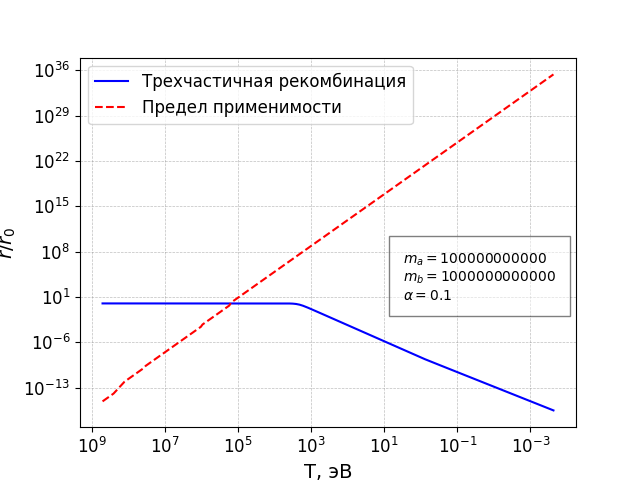
Repository: impermast/recombination
Script's output: python raschet/rec.py
The author's editor kept a copy of each file at every save. The script's output is drawn from the files as they stood at one save, then again after the next save.
Random numbers start from a fixed seed.

Above is the script's output before, as saved 2023-05-17 15:32:30.

### raschet/rec.py

from math import gamma as Gamma
import numpy as np
from numpy import sqrt as sqrt
import matplotlib.pyplot as plt
from matplotlib import colors,ticker
from scipy import integrate
import seaborn as sns
import pandas as pd


#LOGIC -- 1 download data, else generate new
logic = 10
err=10**(-2)
#consts
#E ~ eV
ma = 100*10**9 #ev
mb = 1*10**12 #ev
alpha = 1/10 #none

beta = 14/5
sigma = 8*np.pi*(alpha/ma)**2/3
r0 = 4.7*10**(-13) #r T_rec
T0 = 2.35*10**(-4) #our time
m_pl = 1.22*10**(19+9) #plank mass ev
h_md = 3.08*10**(-14)  #from artile
t_rm = 1.2             #time of rd md transition
t_mod = 4.4*10**(17+16)/(6.582) #
I = ma*alpha*alpha/2 #ev Ionisation potential
mu = ma*mb/(ma+mb)  #reduced weight
s0 = (4*np.pi)**(2/5) *np.pi* (alpha/mu)**2 #coef in kramers
kappa = 43/345
B = alpha*mu/2
Ta = 0.2*10**6*(ma/(100*10**9))**(3/2)*(1/(100*alpha))
Tny = Ta*kappa**(-1/3)/sqrt(np.pi)

def g_s(T):
    return 2+2*8*(T>200*10**6)+ 7/8*(2*2*(T>0.5/3*10**6))+ 2*2*(T>100/3*10**6) + 2*2*(T>2/3*10**9) + 2*1*3*(T>=10**6)+2*1*3*4/11*(T<10**6)+ 2*2*3*2*(T>200*10**6) + 2*2*3*(T>200*10**6) + 2*2*3*(T>1.8/3*10**9) + 2*2*3*(T>4.5/3*10**9)+ 7/8*2*2*3*(T>171/3*10**9)
def g_e(T):
    return 2+2*8*(T>200*10**6)+ 7/8*(2*2*(T>0.5/3*10**6))+ 2*2*(T>100/3*10**6) + 2*2*(T>2/3*10**9) + 2*1*3*(T>=10**6)+ 2*1*3*(4/11)**(4/3)*(T<10**6)+ 2*2*3*2*(T>200*10**6) + 2*2*3*(T>200*10**6) + 2*2*3*(T>1.8/3*10**9) + 2*2*3*(T>4.5/3*10**9)+ 7/8*2*2*3*(T>171/3*10**9)


def H(t):
    # Hubble const on RD and MD from temperature
    if t < t_rm:
        #MD
        return h_md/m_pl**(1/2)
    else:
        return 5.5*np.sqrt(g_e(t_rm)/11)/m_pl


def lim_3b(x):
    """
    Function that calculs limit on 3body recombination density

    x(list):    Temperature of O-fotons

    return list of density of unrecombined particles
    """
    r_pit = (Ta**2/(x**4)) / ((4*np.pi*alpha)**3 *r0*(2*np.pi**2*g_s(x)/45)*sqrt(ma/mb))
    return r_pit


def heatplot(df):
    # heatplot of maximal denity for different model parameters
    sns.set_theme(style="dark")
    sns.set_style("ticks")
    fig, ax = plt.subplots(figsize=(9, 6))
    sns.heatmap(df, annot=True, linewidths=.5, ax=ax, cmap='coolwarm', cbar_kws={'label': 'Значения относительной плотности'})
    ax.set(xlabel=r'$m_a$, эВ', ylabel=r'$\alpha_y$', title='Относительная плотность прорекомбинировавших частиц для различных параметров модели')
    ax.xaxis.set_major_formatter(ticker.FuncFormatter(lambda x, pos: f'$10^{{{(x-0.5):.0f}}}$'))
    ylabels = ["{:0.1f}".format(float(item.get_text()))
                for item in ax.get_yticklabels()]
    xlabels = ["$10^{%0.0f}$"%(np.log10(float(item.get_text()))) for item in ax.get_xticklabels()]
    ax.set_yticklabels(ylabels)
    ax.set_xticklabels(xlabels)
    plt.xticks(rotation=0)

    # Add contour lines
    # x = np.arange(df.shape[1])
    # y = np.arange(df.shape[0])
    # X, Y = np.meshgrid(x, y)
    # levels = np.linspace(df.values.min(), df.values.max(), 10)
    # CS = ax.contour(X + 0.5, Y + 0.5, df.values, levels, colors='k')
    # ax.clabel(CS, inline=True, fontsize=10, fmt='%1.1f')
    # plt.show()

def kriteria(alp_range,m_range):
    """
    Creation of dataframe of maximal density of recombined particles from different alpha and ma (model parameters)

    dens(list):  2D massive of density data
    alp_range(list):    1D list of parameters alpha
    m_range(list):      1D list of electron mass parameter
    krit(list):         1D list of density, that used to find point where limit and 3body recombination density are equal

    create csv file of dataframe
    """
    dens = [0]*len(alp_range)
    dens1 = []
    k=0
    for alpha in alp_range:
        for ma in m_range:
            [T,rk,r3,rc,rlim] = calc(alpha,ma,mb)
            krit=[i for i, j in zip(r3, rlim) if abs(i-j)<err and i<0.1]
            try: dens1.append(float(-np.log(krit[-1])))
            except IndexError: dens1.append(0)
        dens[k]=dens1
        dens1=[]
        print("At ",k+1,"  itteration")
        k+=1
    df = pd.DataFrame(dens, index=alp_range,columns=m_range)
    df.to_csv('data.csv')

def calc(alpha,ma,mb):
    """
    Calculates the temperature-dependent rates for various processes.

    Args:
        I (float): Initial temperature of photons.
        T0 (float): Present-day temperature of photons.
        kappa (float): Ratio of photon number density to baryon number density.
        lim_3b (function): Function that calculates the three-body rate limit.
        t_rm (float): Time of radiation-matter equality.
        alpha (float): Fine-structure constant.
        ma (float): Mass of electron.
        mb (float): Mass of baryon.
        beta (float): Power law index.
        g_s (function): Function that calculates the entropy degrees of freedom.
        s0 (float): Present-day entropy density.
        m_pl (float): Planck mass.
        mu (float): Ratio of proton mass to electron mass.

    Returns:
        list: A list containing the temperature-dependent rates for various processes.
    """
    T = [] # Temperature of photons
    z = [] #redshift
    rk = [] # r for kramerz

    #after decouple of dphoton
    i = 0
    T = [(I)]
    z = [T[i]/T0 -1]
    rk = [1] #initial r=1 Kramers case
    r3b = [1] #3body case
    rcl = [1] #classical
    rlim =[lim_3b(T[i])] #pitevski lim

    #until O-photons decouple
    while T[i]>(I/10)*kappa**(-1/3):
        i = i+1
        T = T + [T[i-1]/2]
        rk = rk + [1]
        r3b = r3b+[1]
        rcl = rcl+[1]
        rlim = rlim + [lim_3b(T[i])]
        z.append(T[i]/T0 -1)

    # until RD MD transition
    j = i
    while T[i]>t_rm:
        i=i+1
        T = T + [T[i-1]*0.9]
        z.append(T[i]/T0 -1)
        rk = rk + [(1+4.71*10**8*r0*((np.log(np.sqrt(I*Ta/T[i])))**2-(np.log(np.sqrt(I*Ta/T[j])))**2))**(-1)]
        D = (2*np.pi**2*g_s(T[i])/45)**2 * (4*np.pi*alpha)**5 * (2*np.sqrt(ma)*Ta**(9/2)/mb) / H(T[i])
        r3b = r3b + [(1+ D*2/5*r0*r0*(T[i]**(-5)-I**(-5)))**(-1/2)]

        Dcl = Gamma(2-beta/2)*g_s(T[i])*s0*m_pl*(mu*Ta)**((beta-1)/2)/ ((beta-2)*2**((beta-3)/2)*np.sqrt(45*g_s(T[j])))
        rcl = rcl + [(1+Dcl*r0*(T[i]**(2-beta)-T[j]**(2-beta)))**(-1)]
        rlim = rlim + [lim_3b(T[i])]

    #until now
    j=i
    rk_rm=rk[j]
    r3b_rm = r3b[j]
    while T[i]>T0:
        i=i+1
        T = T + [T[i-1]*0.99]
        z.append(T[i]/T0 -1)
        rk = rk + [rk_rm*(1+1.7*10**9*rk_rm*r0*(T[j]**0.5*(np.log(np.sqrt(I*Ta/T[j]))+2)-T[i]**0.5*(np.log(np.sqrt(I*Ta/T[i]))+2)))**(-1)]
        D = (2*np.pi**2*g_s(T[i])/45)**2 * (4*np.pi*alpha)**5 * (2*np.sqrt(ma)*Ta**(9/2)/mb) / H(T[i])
        r3b = r3b +[r3b_rm*(1+D*r3b_rm*r3b_rm*r0*r0* 4/9 * (T[i]**(-9/2)-T[j]**(-9/2)))**(-1/2)]
        Dcl = Gamma(2-beta/2)*g_s(T[i])*s0*m_pl*(mu*Ta)**((beta-1)/2)/ ((beta-2.5)*2**((beta-3)/2)*np.sqrt(45*g_s(T[j])))/np.sqrt(t_rm)
        rcl = rcl + [rcl[j]*(1+Dcl*rcl[j]*r0*(T[i]**(2.5-beta)-T[j]**(2.5-beta)))**(-1)]
        rlim = rlim + [lim_3b(T[i])]

    return [T,rk,r3b,rcl,rlim]


def graph(T,rk,r3,rcl,rlim):
    # graphplotter used to plot r(T) graphs
    fig, ax = plt.subplots(1,1)
    ax.plot(T,r3,'b',label ="Трехчастичная рекомбинация")
    ax.plot(T,rlim, "--r",label ="Предел применимости")
    # ax.plot(T,r2,'g', label ="Радиационная рекомбинация")
    ax.set_xlabel('T, эВ', fontsize=14)
    ax.text(3, 4,
            r'$m_a = $'+repr(ma)+"\n"+
            r'$m_b = $'+repr(mb)+"\n"+
            r'$\alpha = $'+repr(alpha),
            fontsize=10, bbox={'facecolor': 'white', 'alpha': 0.5, 'pad': 10})
    ax.set_ylabel(r'$r/r_0$', fontsize=14, fontweight='bold')
    ax.tick_params(labelsize=12)
    ax.grid(color='gray', linestyle='--', linewidth=0.5, alpha=0.5)
    ax.legend(fontsize=12)
    ax.invert_xaxis()
    plt.semilogx()
    plt.semilogy()
    plt.show()

def main():
    alp_range = np.logspace(-1,3,10)
    m_range = np.logspace(16,21,10)
    if logic == 1:
        try:
            df = pd.read_csv('data.csv')
        except FileNotFoundError:
            print(u'Saved data not found')
            df = kriteria(alp_range,m_range)
    elif logic == 0:
        kriteria(alp_range,m_range)
    else:
        pass


    # df = pd.read_csv('data.csv', index_col=0)
    # heatplot(df)
    # print(df)

    [T,rk,r3,rcl,rlim] = calc(alpha,ma,mb)
    graph(T,rk,r3,rcl,rlim)


main()

After the next save:
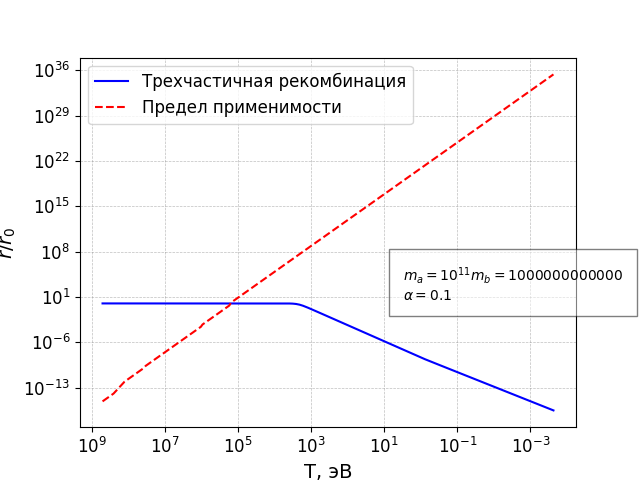
Saved 4 min 50 s later.
--- a/raschet/rec.py
+++ b/raschet/rec.py
@@ -197,7 +197,7 @@ def graph(T,rk,r3,rcl,rlim):
     # ax.plot(T,r2,'g', label ="Радиационная рекомбинация")
     ax.set_xlabel('T, эВ', fontsize=14)
     ax.text(3, 4,
-            r'$m_a = $'+repr(ma)+"\n"+
+            r'$m_a = 10^{%0.0f}$'%(np.log10(ma))+
             r'$m_b = $'+repr(mb)+"\n"+
             r'$\alpha = $'+repr(alpha),
             fontsize=10, bbox={'facecolor': 'white', 'alpha': 0.5, 'pad': 10})
